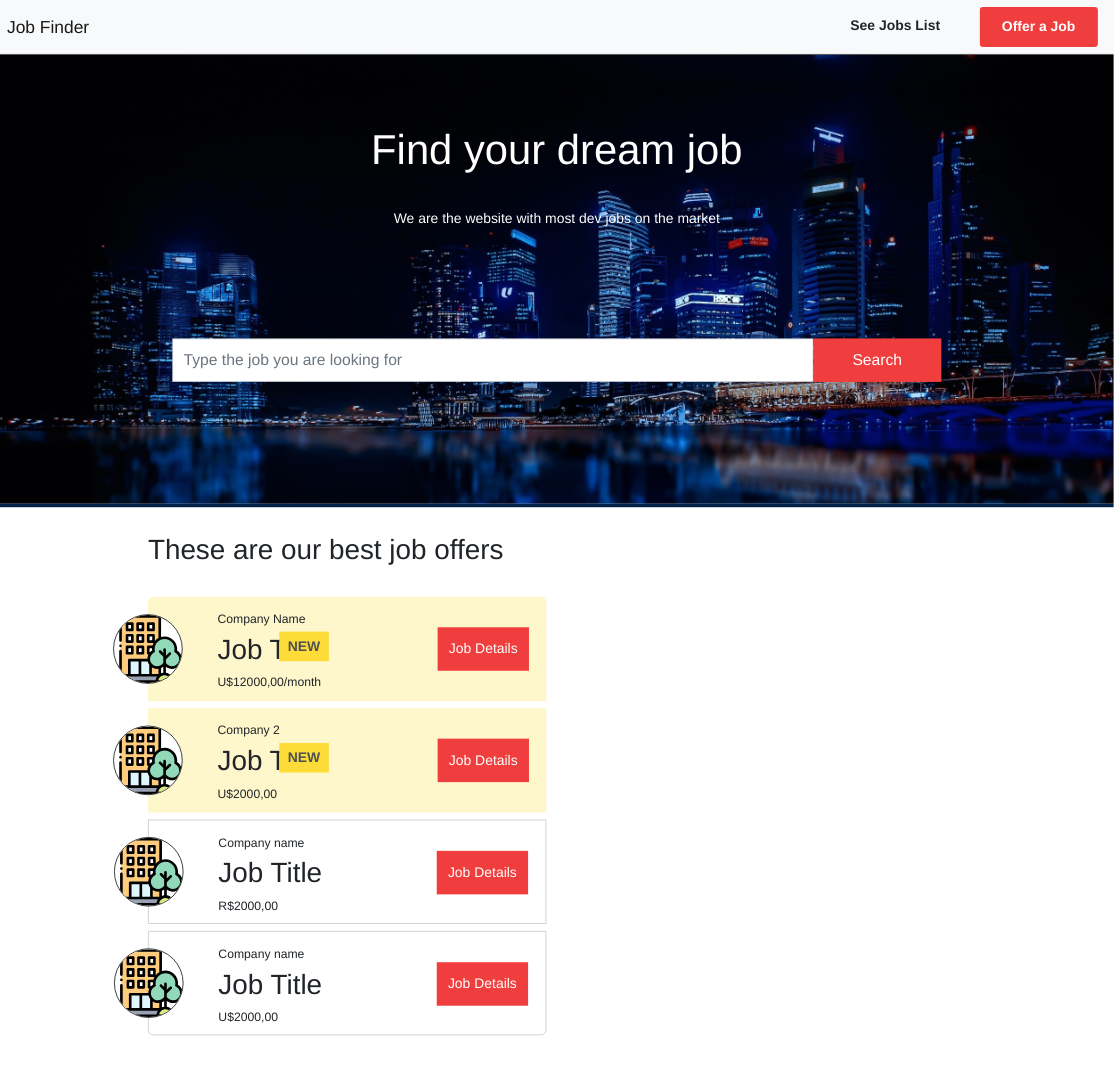
Repository: doncsar/couse-jobfinder-app
Page: templates/index.html
An editor plug-in stored every save of this project. The page is shown before and after the next save, followed by the edit.
The browser window is 1280 px wide. The pictures show the whole page, at 87% of full size.

Above is the page before, as saved 2023-12-20 19:45:44.

### templates/index.html
<!DOCTYPE html>
<html lang="en">
   <head>
      <meta charset="UTF-8" />
      <meta name="viewport" content="width=device-width, initial-scale=1.0" />
      <title>Job Finder</title>
      <link
         href="https://cdn.jsdelivr.net/npm/bootstrap@5.2.3/dist/css/bootstrap.min.css"
         rel="stylesheet"
         integrity="sha384-rbsA2VBKQhggwzxH7pPCaAqO46MgnOM80zW1RWuH61DGLwZJEdK2Kadq2F9CUG65"
         crossorigin="anonymous"
      />
      <link rel="stylesheet" href="../public/css/styles.css" />
   </head>
   <body>
      <header>
         <nav class="navbar fixed-top navbar-expand-lg navbar-light bg-light">
            <a href="index.html" class="navbar-brand">Job Finder</a>
            <button
               class="navbar-toggler"
               type="button"
               data-bs-toggle="collapse"
               data-bs-target="#navbarNav"
               aria-controls="navbarNav"
               aria-expanded="false"
               aria-label="Toggle navigation "
            >
               <span class="navbar-toggle-icon"></span>
            </button>
            <div
               class="collapse navbar-collapse justify-content-end"
               id="navbarNav"
            >
               <ul class="navbar-nav ml-auto">
                  <li class="nav-item">
                     <a class="nav-link" href="index.html">See Jobs List</a>
                  </li>
                  <li class="nav-item">
                     <a href="#" class="nav-link btn btn-primary"
                        >Offer a Job</a
                     >
                  </li>
               </ul>
            </div>
         </nav>
      </header>
      <div class="container-fluid" id="top-container">
         <h1 class="text-center" id="main-title">Find your dream job</h1>
         <p id="main-subtitle" class="text-center">
            We are the website with most dev jobs on the market
         </p>
         <form action="" id="search-form" class="form-inline">
            <div class="row">
               <div class="form-group col-md-10">
                  <input
                     type="text"
                     class="form-control"
                     id="job"
                     name="job"
                     placeholder="Type the job you are looking for"
                  />
               </div>
               <div class="col-md-2">
                  <button class="btn btn-primary" type="submit">Search</button>
               </div>
            </div>
         </form>
      </div>
      <main>
         <div id="jobs-container" class="container">
            <div class="row">
               <div class="col-md-6">
                  <h2 id="job-list-title">These are our best job offers</h2>
                  <ul id="job-list" class="list-group">
                     <li class="new-job list-group-item">
                        <img
                           src="../public/img/company.svg"
                           alt="company brand"
                        />
                        <p>Company Name</p>
                        <h2>Job Title</h2>
                        <p>U$12000,00/month</p>
                        <span class="new-job-label">NEW</span>
                        <a href="#" class="btn btn-primary">Job Details</a>
                     </li>
                     <li class="list-group-item new-job">
                        <img src="../public/img/company.svg" alt="Company" />
                        <p>Company 2</p>
                        <h2>Job Title</h2>
                        <p>U$2000,00</p>
                        <span class="new-job-label">NEW</span>
                        <a class="btn btn-primary">Job Details</a>
                     </li>
                     <li class="list-group-item">
                        <img src="../public/img/company.svg" alt="Company" />
                        <p>Company name</p>
                        <h2>Job Title</h2>
                        <p>R$2000,00</p>
                        <a class="btn btn-primary">Job Details</a>
                     </li>
                     <li class="list-group-item">
                        <img src="../public/img/company.svg" alt="Company" />
                        <p>Company name</p>
                        <h2>Job Title</h2>
                        <p>U$2000,00</p>
                        <a class="btn btn-primary">Job Details</a>
                     </li>
                  </ul>
               </div>
            </div>
         </div>
      </main>

      <script
         src="https://cdn.jsdelivr.net/npm/bootstrap@5.2.3/dist/js/bootstrap.bundle.min.js"
         integrity="sha384-kenU1KFdBIe4zVF0s0G1M5b4hcpxyD9F7jL+jjXkk+Q2h455rYXK/7HAuoJl+0I4"
         crossorigin="anonymous"
      ></script>
   </body>
</html>

### public/css/styles.css
* {
   box-sizing: border-box;
   font-family: Helvetica, sans-serif;
}

/* nav */
.navbar {
   padding: 0.5rem;
   border-bottom: 1px solid #333;
   display: flex;
   justify-content: space-around;
}

.navbar .nav-item a {
   color: #212529;

}

.navbar .btn a {
   color: #fff;
}

.nav-item {
   margin: 0 10px;
}

.navbar-expand-lg .navbar-nav .nav-link {
   padding: 10px 25px;
   font-weight: bold;
}

.navbar .nav-item .btn {
   color: #fff;
   background-color: #f03e3e;
   border: 1px solid transparent;
   border-radius: 4px;
}

.nav-link.btn.btn-primary:hover,
#search-form button:hover,
.list-group-item a:hover,
#form-box button:hover {
   background-color: #fff;
   color: #f03e3e;
   border-color: #f03e3e;
   border-radius: 4px;
}

/* banner */
#top-container {
   padding: 110px;
   background-color: #f7f9fc;
   border-bottom: 4px solid #01224b;
   margin-bottom: 30px;
   background-image: url('../img/banner2.jpg');
   background-position: 0 100px;
   background-size: cover;
   color: #fff;
}

#main-title {
   padding: 30px;
   font-size: 3rem;
   margin-top: .2rem;
}

#main-subtitle {
   font-size: 1rem;
   padding-bottom: 80px;
}

/* form */

#search-form {
   padding: 30px 100px;
}

#search-form .col-md-10,
#search-form .col-md-2 {
   padding: 0;
}

#search-form input,
#search-form button {
   width: 100%;
   border-radius: 0;
   height: 50px;
   font-size: 18px;
}

#search-form button {
   color: #fff;
   background-color: #f03e3e;
   border: 1px solid transparent;
}

/* lista */

#jobs-container {
   padding: 0 100px;
   padding-bottom: 50px;
}

#job-list .list-group-item {
   margin-bottom: 8px;
   border: 1px solid #ccc;
   padding: 15px 80px;
   color: #212529;
   height: 120px;
}

#job-list .list-group-item p {
   font-size: 14px;
   margin-bottom: 5px;
}

#job-list .list-group-item.new-job {
   border: none;
   background-color: #fff7cc;
}

#job-list-title {
   margin-bottom: 35px;
}

.list-group-item img {
   width: 80px;
   border: 1px solid #212529;
   border-radius: 50%;
   background-color: #fff;
   position: absolute;
   left: -40px;
   top: calc(50% - 40px);
}

.list-group-item a {
   position: absolute;
   right: 20px;
   top: 35px;
   height: 50px;
   line-height: 35px;
   background-color: #f03e3e;
   border: 1px solid transparent;
   border-radius: 0;
   color: #fff;
}

.new-job-label {
   background-color: #fddc39;
   color: #4d5154;
   text-transform: uppercase;
   font-weight: bold;
   padding: 5px 10px;
   position: absolute;
   right: 250px;
   top: 40px;
   display: none;
}

.new-job .new-job-label {
   display: block;
}

/* add page */

#add-form-container {
   margin-top: 100px;
}

#form-box {
   padding: 50px;
   box-shadow: 0 1px 5px rgba(0, 0, 0, 0.15);
   border-radius: 4px;
   background-color: #fff;
   margin-bottom: 50px;
}

#add-form-container h1 {
   margin-bottom: 20px;
}

#add-form-container h2 {
   color: #f03e3e;
   font-weight: bold;
   font-size: 24px;
   margin-bottom: 30px;
}

#add-form-container form label {
   font-weight: bold;
}

#add-form-container form input,
#add-form-container form textarea {
   border: 2px solid #ccc;
   background-color: #f8f9fa;
}

#form-box button {
   height: 50px;
   width: 200px;
   background-color: #f03e3e;
   border: 1px solid transparent;
   border-radius: 0;
   margin-top: 20px;
}

/* job-view */

#job-view-container {
   margin-top: 100px;
}

#job-view-container h1 {
   margin-bottom: 30px;
}

#img-container {
   margin-top: 20px;
   margin-bottom: 30px;
}

#img-container img {
   width: 100px;
   border-radius: 50%;
   border: 1px solid #212529;
}

.job-desc {
   width: 60%;
   margin-left: auto;
   margin-right: auto;
}

.bold {
   font-weight: bold;
}

.main-color {
   color: #f03e3e;
}

.back-link {
   border: 1px solid #f03e3e;
   padding: 5px 10px;
   transition: 0.5s;
}

.back-link:hover {
   background-color: #f03e3e;
   color: #fff;
   text-decoration: none;
}

/* responsivo */

@media (max-width: 481px) {
   /* navbar */
   #navbarNav {
      text-align: center;
   }

   /* home */
   #top-container {
      padding: 50px;
      padding-top: 100px;
   }

   #main-title {
      font-size: 2.2rem;
   }

   #main-subtitle {
      font-size: 1.5rem;
   }

   #search-form {
      padding: 0;
   }

   #jobs-container {
      padding: 20px;
   }

   .list-group-item {
      padding: 15px 85px;
   }

   .list-group-item h2 {
      font-size: 1.2rem;
      width: 80%;
   }

   .list-group-item img {
      width: 50px;
      left: 15px;
      top: calc(50% - 25px);
   }

   .new-job .new-job-label {
      display: none;
   }

   /* job view*/

   .back-link {
      margin-left: 30px;
   }

   #job-view-container p {
      font-size: 1.3rem;
   }

   .job-desc {
      width: 80%;
   }

   /* add view */

   #form-box {
      padding: 25px;
   }

   #form-box h2 {
      font-size: 1rem;
      text-align: center;
   }

   #form-box button {
      width: 100%;
   }
}

After the next save:
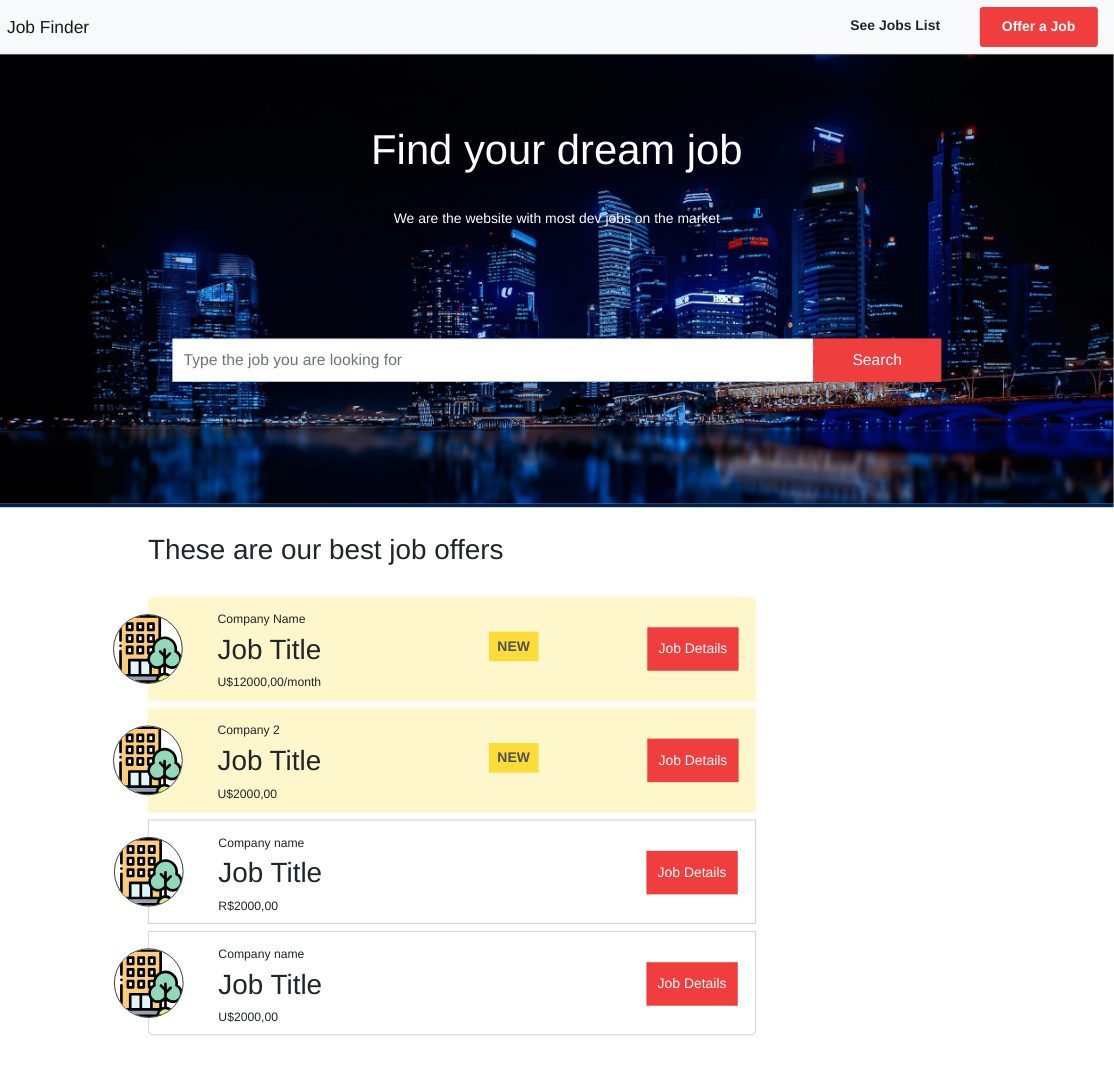
Saved 19 s later.
--- a/templates/index.html
+++ b/templates/index.html
@@ -69,7 +69,7 @@
       <main>
          <div id="jobs-container" class="container">
             <div class="row">
-               <div class="col-md-6">
+               <div class="col-md-9">
                   <h2 id="job-list-title">These are our best job offers</h2>
                   <ul id="job-list" class="list-group">
                      <li class="new-job list-group-item">
